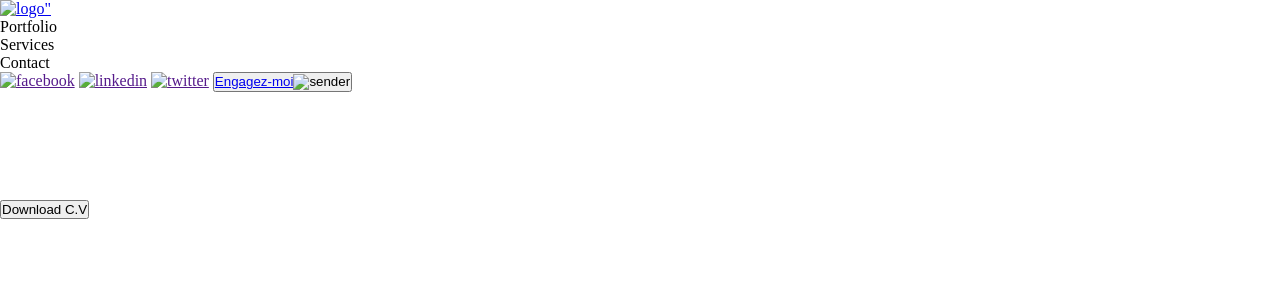
Repository: helfina/my_SiteWeb_gaelle-kfe
Page: index.html
An editor plug-in stored every save of this project. The page is shown before and after a run of saves, followed by the edit.
The browser window is 1280 px wide. The pictures show the whole page.

Above is the page before, as saved 2020-11-08 11:27:53.

### index.html
<!DOCTYPE html>
<html lang="en">
<head>
    <meta charset="UTF-8">
    <meta name="viewport" content="width=device-width, initial-scale=1.0">
    <link rel="stylesheet" href="assets/css/style.css">

    <title>Gaëlle Kerforne étudiante Freelances</title>


</head>
<body>
    <!-------------------------------------------------------------
                                HEADER
    -------------------------------------------------------------->
    <header>
        <nav>
            <a href="index.html"><img src="" alt=logo"></a>
            <ul>
                <li><a href=""></a>Portfolio</li>
                <li><a href=""></a>Services</li>
                <li><a href=""></a>Contact</li>
            </ul>
            <a href=""><img src="" alt="facebook"></a>
            <a href=""><img src="" alt="linkedin"></a>
            <a href=""><img src="" alt="twitter"></a>

            <button><a href="mailto:gkerforne@gmail.com">Engagez-moi</a><img src="" alt="sender"></button>

        </nav>
    </header>
    <main>
        <section>
            <h1></h1>
            <h2></h2>
            <img src="" alt="">
            <ul>
                <li></li>
                <li></li>
                <li></li>
                <li><a href="mailto:gkerforne@gmail.com"></a><gkerforne@gmail.com</li>
                <li><a href="tel:"></a></li>
            </ul>
            <button><a href="" download=""></a>Download C.V</button>
        </section>
        <section>
            <h3></h3>
            <h3></h3>
            <div>
                <article>

                </article>
            </div>
            <div>
                <article>

                </article>
            </div>
        </section>
    </main>
</body>
</html>

### assets/css/style.css
/*
                    RESET CSS
*/
* {
  margin: 0;
  padding: 0;
  outline: 0;
  box-sizing: border-box;
}

body {
 background: ;
 color: ;
 -webkit-font-smoothing: antialiased;
}

body, input, button {
 font-size: ;
 font-family: ;
}

button {
 cursor: pointer;
}
/*
                   Index
*/

After the next 2 saves:
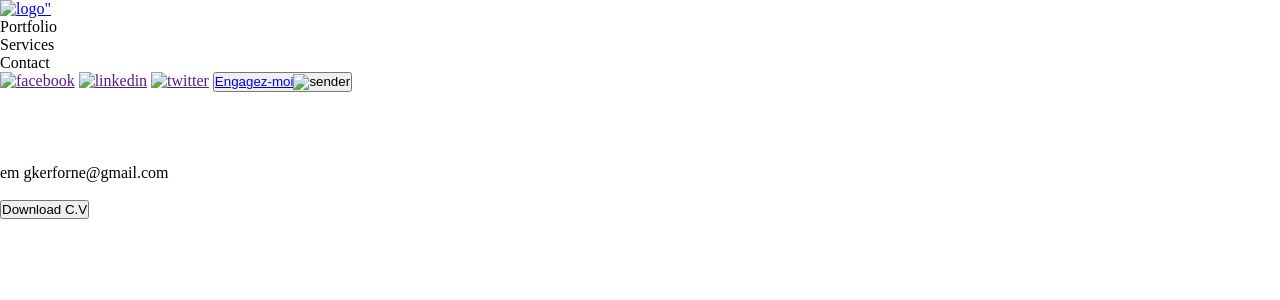
The 2 saves are shown as one change because they came seconds apart.
The last was saved 6 s later.
--- a/index.html
+++ b/index.html
@@ -38,7 +38,7 @@
                 <li></li>
                 <li></li>
                 <li></li>
-                <li><a href="mailto:gkerforne@gmail.com"></a><gkerforne@gmail.com</li>
+                <li><a href="mailto:gkerforne@gmail.com"></a>em gkerforne@gmail.com</li>
                 <li><a href="tel:"></a></li>
             </ul>
             <button><a href="" download=""></a>Download C.V</button>
